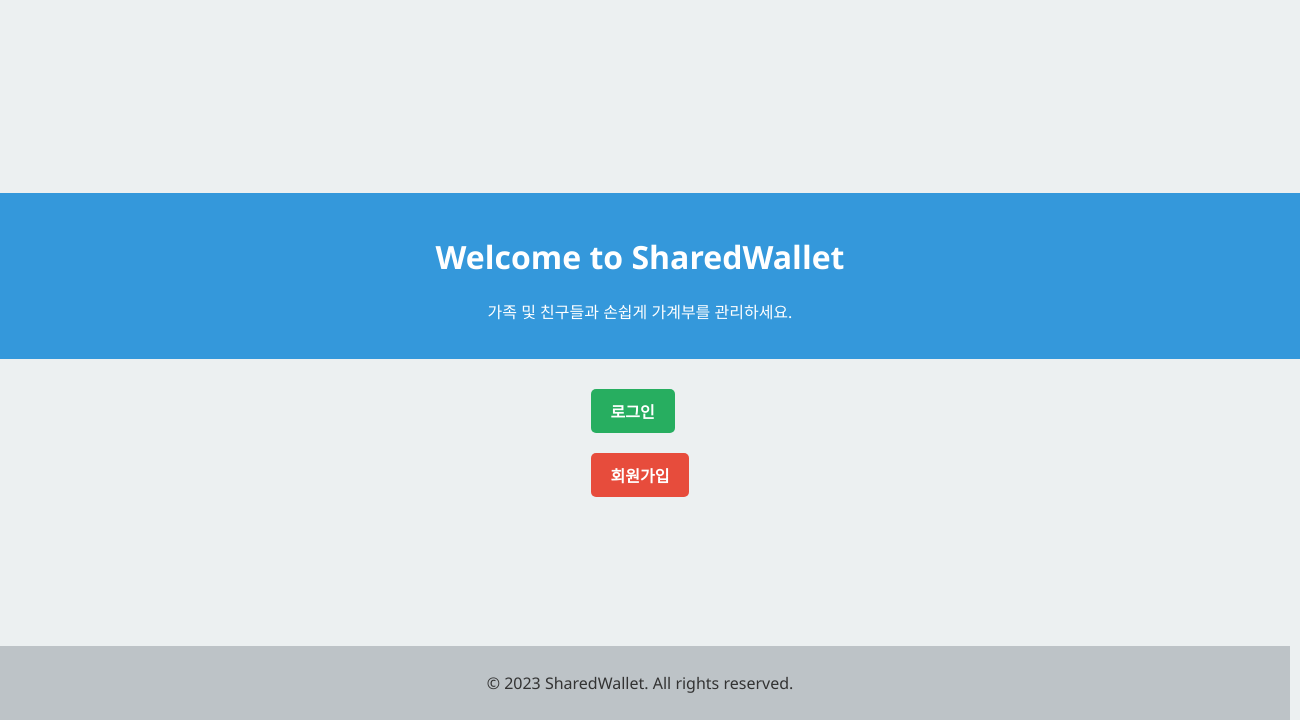
Repository: YoonHakyoung/SharedWallet
Page: http://localhost/Final_Exam/WEB-INF/views/home.jsp
The author's editor kept a copy of each file at every save. The page is drawn from the files as they stood at one save, then again after the next save.
The browser window is 1280 px wide. The page is 1300 px wide, so the pictures cover 1300 px, including what lies to the right of the window. The pictures show the whole page.
The page is served by Tomcat 9. Nobody is signed in. The template is opened directly, without the code that normally fills it, so the values that code supplies are empty.

Above is the page before, as saved 2023-12-08 14:23:29.

After the next save:
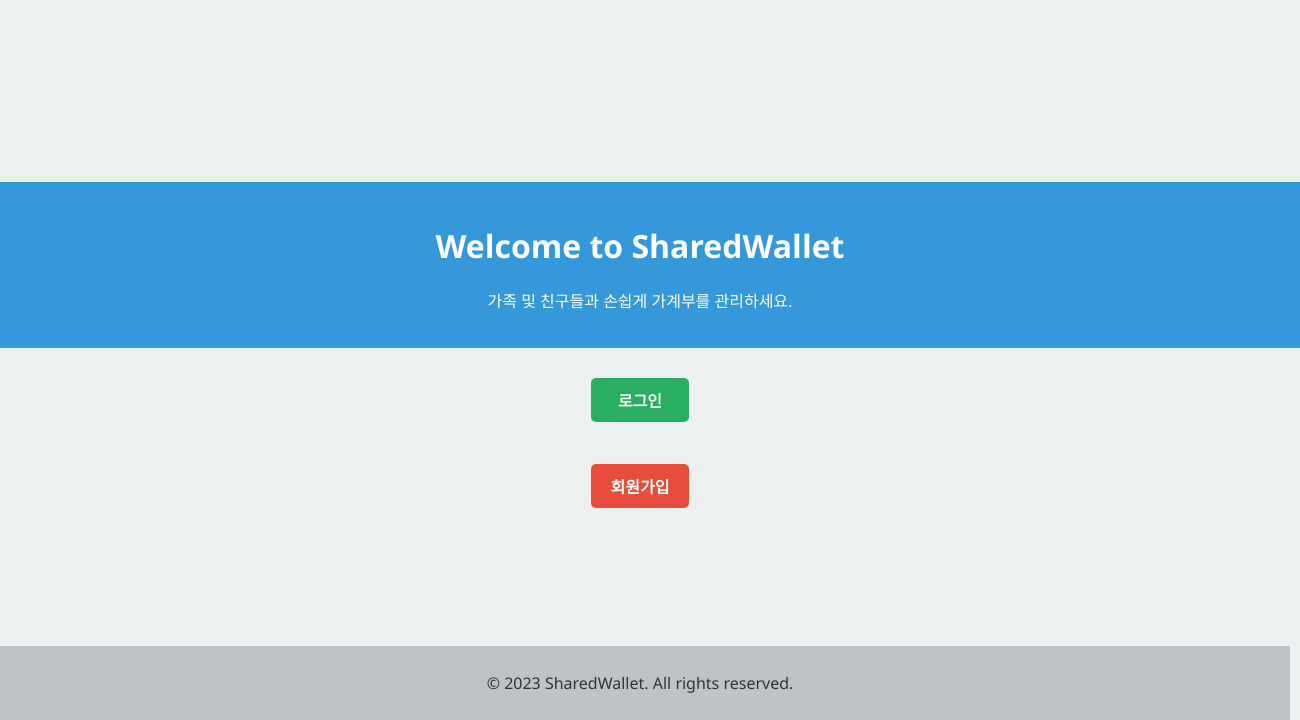
Saved 3 min 13 s later.
--- a/Spring/Project/Final Exam/src/main/webapp/resources/css/home.css
+++ b/Spring/Project/Final Exam/src/main/webapp/resources/css/home.css
@@ -6,10 +6,10 @@ body {
     font-family: 'Segoe UI', Tahoma, Geneva, Verdana, sans-serif;
     background-color: #ecf0f1;
     display: flex;
-    flex-direction: column; /* 세로 방향으로 정렬하기 위해 추가 */
+    flex-direction: column;
     align-items: center;
     justify-content: center;
-    min-height: 100vh; /* 최소 높이를 100vh로 지정 */
+    min-height: 100vh;
 }
 
 header {
@@ -17,11 +17,12 @@ header {
     color: #fff;
     padding: 20px;
     text-align: center;
-    width: 100%; /* 헤더가 화면 전체에 걸쳐지도록 지정 */
+    width: 100%;
 }
 
 main {
     padding: 20px;
+    text-align: center;
 }
 
 footer {
@@ -44,6 +45,17 @@ a.button {
     text-align: center;
 }
 
+a.login,
+a.signup {
+    display: block; /* 가운데 정렬을 위해 블록 요소로 설정 */
+    margin: 10px auto; /* 가운데 정렬을 위해 자동 마진 설정 */
+    padding: 10px 20px;
+    text-decoration: none;
+    border-radius: 5px;
+    font-weight: bold;
+    text-align: center;
+}
+
 a.login {
     background-color: #27ae60;
     color: #fff;
